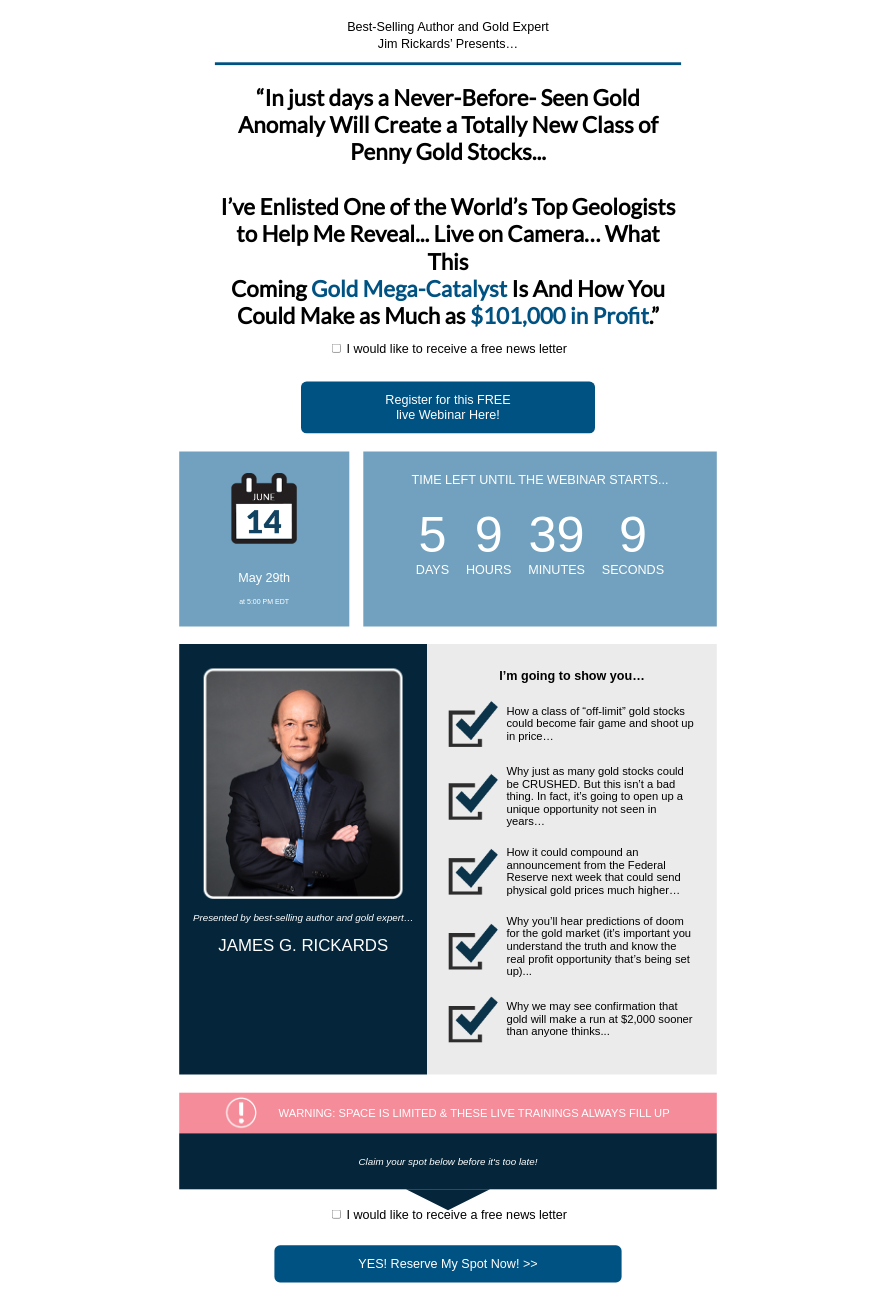
Repository: KrystellBarraza/Test
Page: index.html
An editor plug-in stored every save of this project. The page is shown before and after the next save, followed by the edit.
The browser window is 1280 px wide. The pictures show the whole page, at 70% of full size.

Above is the page before, as saved 2019-10-07 13:56:53.

After the next save:
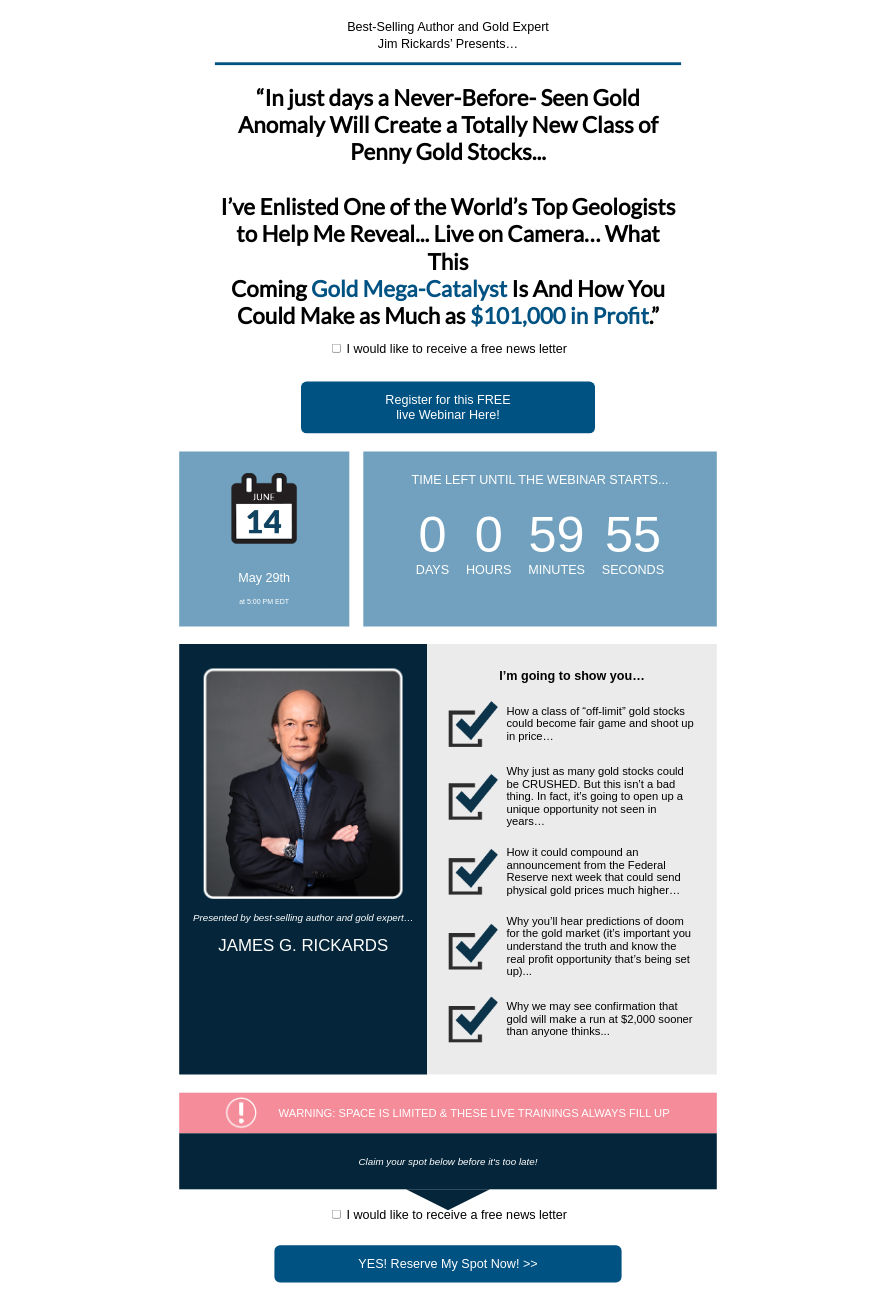
Saved 11 min 48 s later.
--- a/app.js
+++ b/app.js
@@ -13,8 +13,8 @@
     hour = minute * 60,
     day = hour * 24;
 
-// Begin countdown from this point in time using Date.now()
-let countDown = new Date('Oct 12, 2019 00:00:00').getTime(),
+// Begin countdown from this point in time
+let countDown = new Date().getTime() + ((1)*60*60*1000),
     x = setInterval(function() {
 
       let now = new Date().getTime(),
